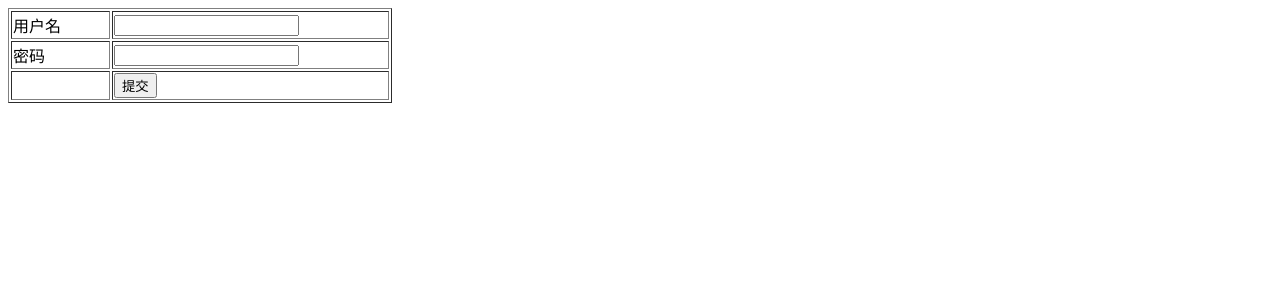
Repository: Aether/HIT-SE-project1-ATM
Page: JavaEE/hit/WebContent/login.html
The author's editor kept a copy of each file at every save. The page is drawn from the files as they stood at one save, then again after the next save.
The browser window is 1280 px wide. The pictures show the whole page.

Above is the page before, as saved 2018-03-28 07:58:22.

### JavaEE/hit/WebContent/login.html
<!DOCTYPE html PUBLIC "-//W3C//DTD XHTML 1.0 Transitional//EN" "http://www.w3.org/TR/xhtml1/DTD/xhtml1-transitional.dtd">
<html xmlns="http://www.w3.org/1999/xhtml">
<head>
<meta http-equiv="Content-Type" content="text/html; charset=gb2312" />
<title>无标题文档</title>
</head>

<body>
<form id="form1" name="form1" method="post" action="action.jsp">
<input type="hidden" name="input" value="login"/>
<table width="384" border="1">
  <tr>
    <td width="95">用户名</td>
    <td width="273"><label>
      <input name="userid" type="text" id="userid" />
    </label></td>
  </tr>
  <tr>
    <td>密码</td>
    <td><label>
      <input name="password" type="text" id="password" />
    </label></td>
  </tr>
  <tr>
    <td>&nbsp;</td>
    <td><label>
      <input type="submit" name="Submit" value="提交" />
    </label></td>
  </tr>
</table>
</form>
</body>
</html>

After the next save:
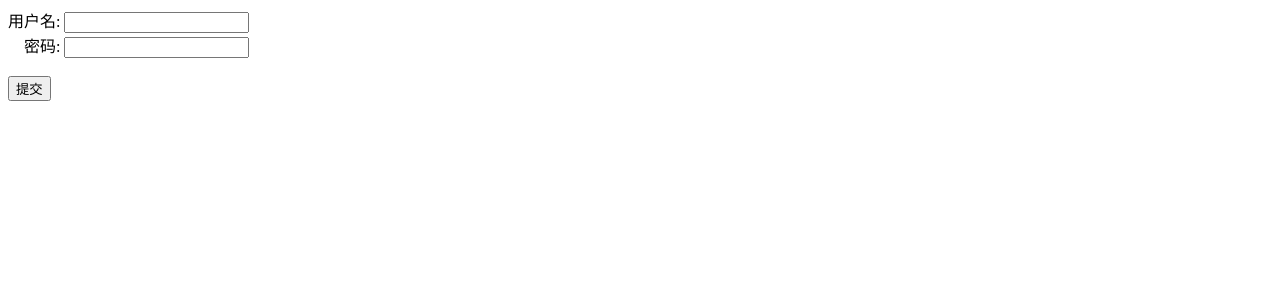
Saved 45 min 54 s later.
--- a/JavaEE/hit/WebContent/login.html
+++ b/JavaEE/hit/WebContent/login.html
@@ -2,32 +2,20 @@
 <html xmlns="http://www.w3.org/1999/xhtml">
 <head>
 <meta http-equiv="Content-Type" content="text/html; charset=gb2312" />
-<title>无标题文档</title>
+<title>用户登录</title>
 </head>
 
 <body>
+
 <form id="form1" name="form1" method="post" action="action.jsp">
 <input type="hidden" name="input" value="login"/>
-<table width="384" border="1">
-  <tr>
-    <td width="95">用户名</td>
-    <td width="273"><label>
-      <input name="userid" type="text" id="userid" />
-    </label></td>
-  </tr>
-  <tr>
-    <td>密码</td>
-    <td><label>
-      <input name="password" type="text" id="password" />
-    </label></td>
-  </tr>
-  <tr>
-    <td>&nbsp;</td>
-    <td><label>
-      <input type="submit" name="Submit" value="提交" />
-    </label></td>
-  </tr>
-</table>
+用户名:
+<input type="text" name="userId" id="userid">
+<br> &nbsp; &nbsp;  密码:
+<input type="text" name="password" id="password" >
+<br><br>
+<input type="submit" value="提交">
 </form>
+
 </body>
 </html>
